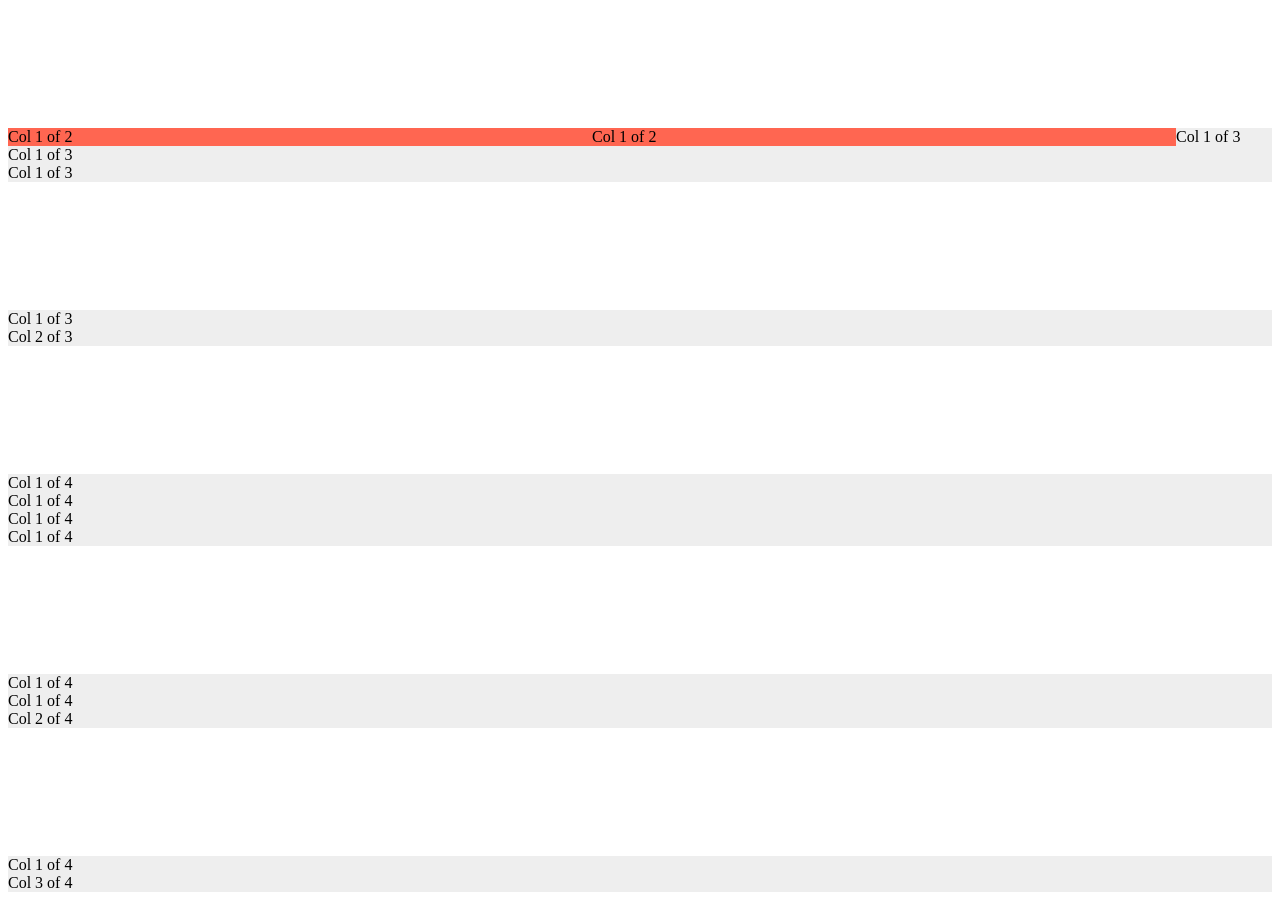
Repository: haokiet2501/grid-basic
Page: index.html
These files come from the project's save history. The page is drawn as it stood at one moment and after a run of saves; the edit follows.
The browser window is 1280 px wide. The pictures show the whole page.

Above is the page before, as saved 2022-08-11 18:43:04.

### index.html
<!DOCTYPE html>
<html lang="en">
<head>
    <meta charset="UTF-8">
    <meta http-equiv="X-UA-Compatible" content="IE=edge">
    <meta name="viewport" content="width=device-width, initial-scale=1.0">
    <link rel="stylesheet" href="styles.css">
    <title>GRID BASIC</title>
</head>
<body>
    <section class="grid-test">
        <div class="row">
            <div class="col-1-of-2">
                Col 1 of 2
            </div>
            <div class="col-1-of-2">
                Col 1 of 2
            </div>
        </div>

        <div class="row">
            <div class="col-1-of-3">
                Col 1 of 3
            </div>
            <div class="col-1-of-3">
                Col 1 of 3
            </div>
            <div class="col-1-of-3">
                Col 1 of 3
            </div>
        </div>

        <div class="row">
            <div class="col-1-of-3">
                Col 1 of 3
            </div>
            <div class="col-2-of-3">
                Col 2 of 3
            </div>
        </div>

        <div class="row">
            <div class="col-1-of-4">
                Col 1 of 4
            </div>
            <div class="col-1-of-4">
                Col 1 of 4
            </div>
            <div class="col-1-of-4">
                Col 1 of 4
            </div>
            <div class="col-1-of-4">
                Col 1 of 4
            </div>
        </div>

        <div class="row">
            <div class="col-1-of-4">
                Col 1 of 4
            </div>
            <div class="col-1-of-4">
                Col 1 of 4
            </div>
            <div class="col-2-of-4">
                Col 2 of 4
            </div>
        </div>

        <div class="row">
            <div class="col-1-of-4">
                Col 1 of 4
            </div>
            <div class="col-3-of-4">
                Col 3 of 4
            </div>
        </div>

    </section>
</body>
</html>

### styles.css
:root {
    --grid-width: 114rem;
    --gutter-vertical: 8rem;
    --gutter-horizonal: 6rem
}

.row {
    max-width: var(--grid-width);
    background: #eee;
    margin: 0 auto;
}

.row:not(:last-child) {
    margin-bottom: var(--gutter-vertical);
}

.col-1-of-2 {
    width: calc((100% - var(--gutter-horizonal)) / 2);
    background-color: #FF6651;
    float: left;
}

.col-1-of-2:not(:last-child) {
    margin-right: var();
}

After the next 2 saves:
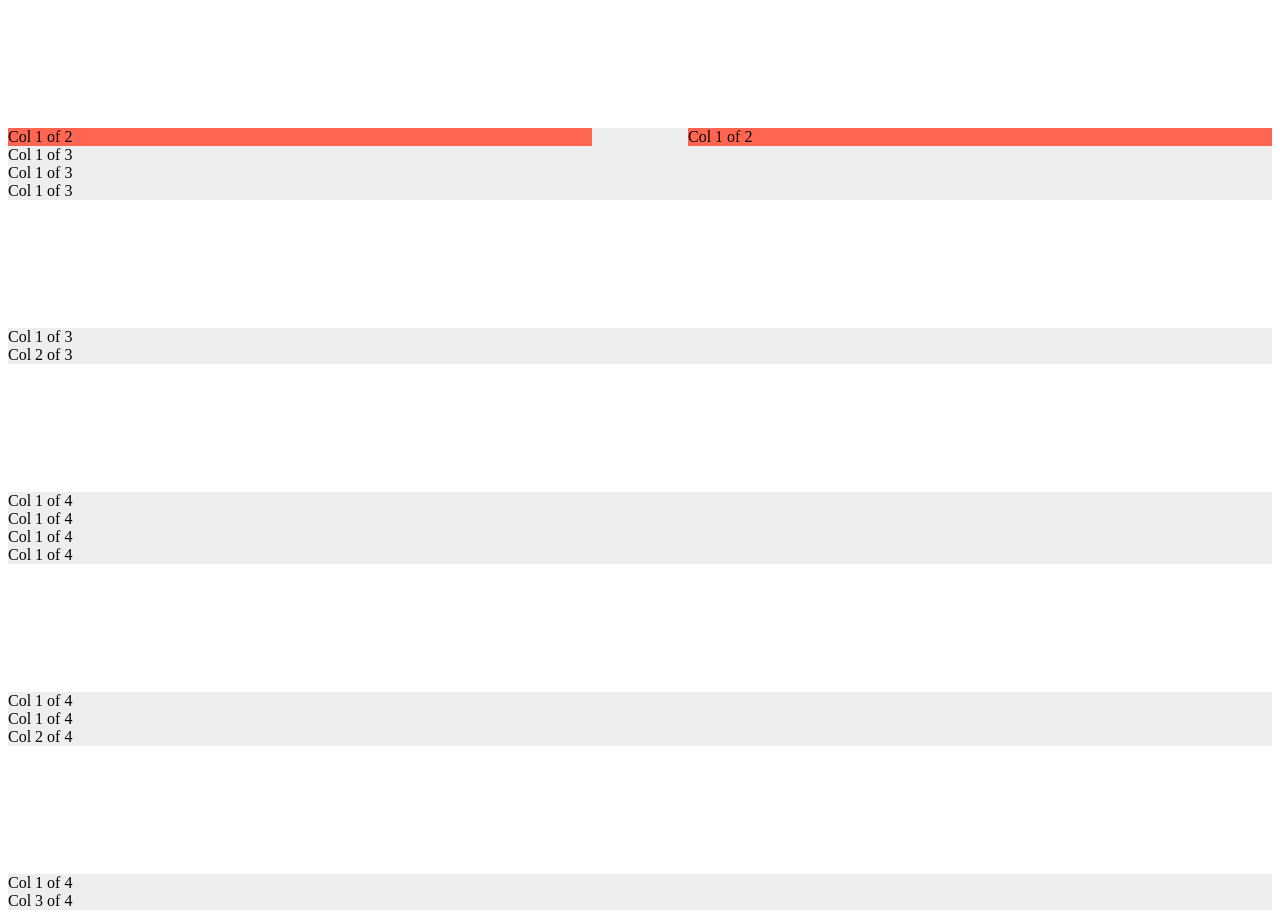
The 2 saves are shown as one change because they came seconds apart.
The last was saved 6 s later.
--- a/styles.css
+++ b/styles.css
@@ -21,5 +21,5 @@
 }
 
 .col-1-of-2:not(:last-child) {
-    margin-right: var();
+    margin-right: var(--gutter-horizonal);
 }
